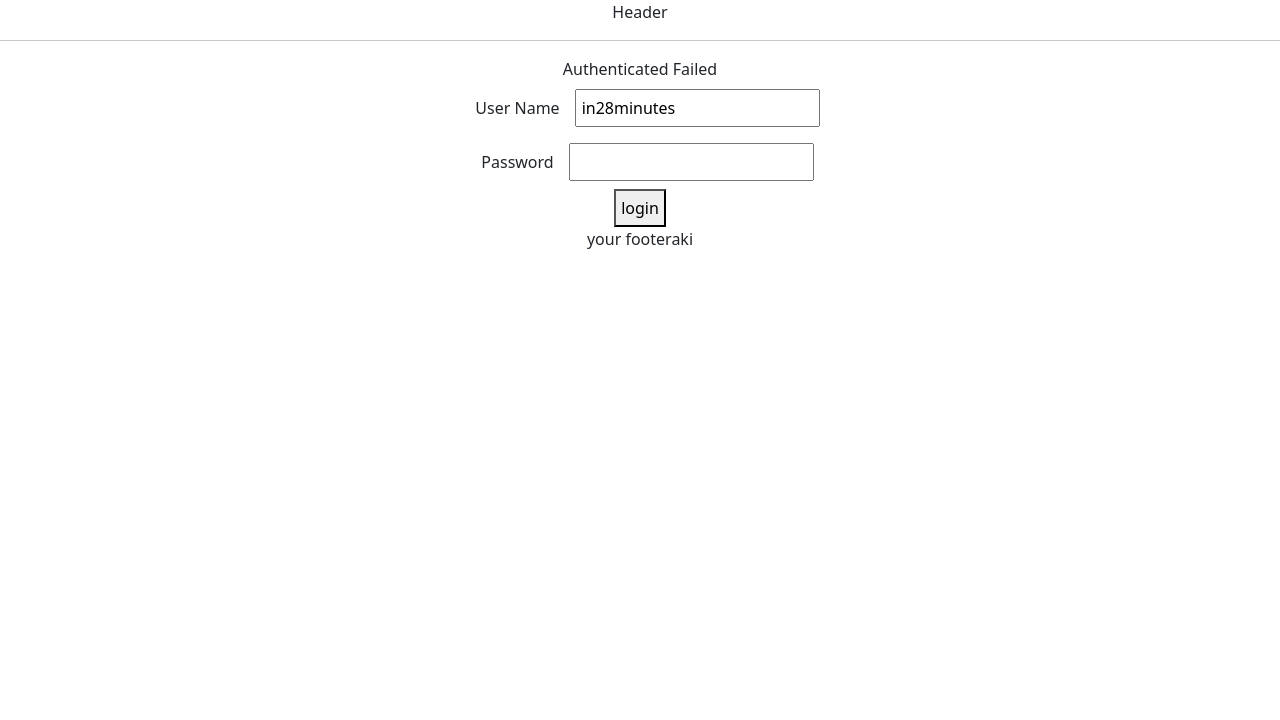
Repository: alexveremis/ReactWithRestAPI
Page: /login
The author's editor kept a copy of each file at every save. The page is drawn from the files as they stood at one save, then again after the next save.
The browser window is 1280 px wide. The pictures show the whole page.
The project was rebuilt for these pictures with package versions that can differ from the ones it lists, and the page was loaded fresh each time.

Above is the page before, as saved 2023-11-28 11:12:27.

After the next save:
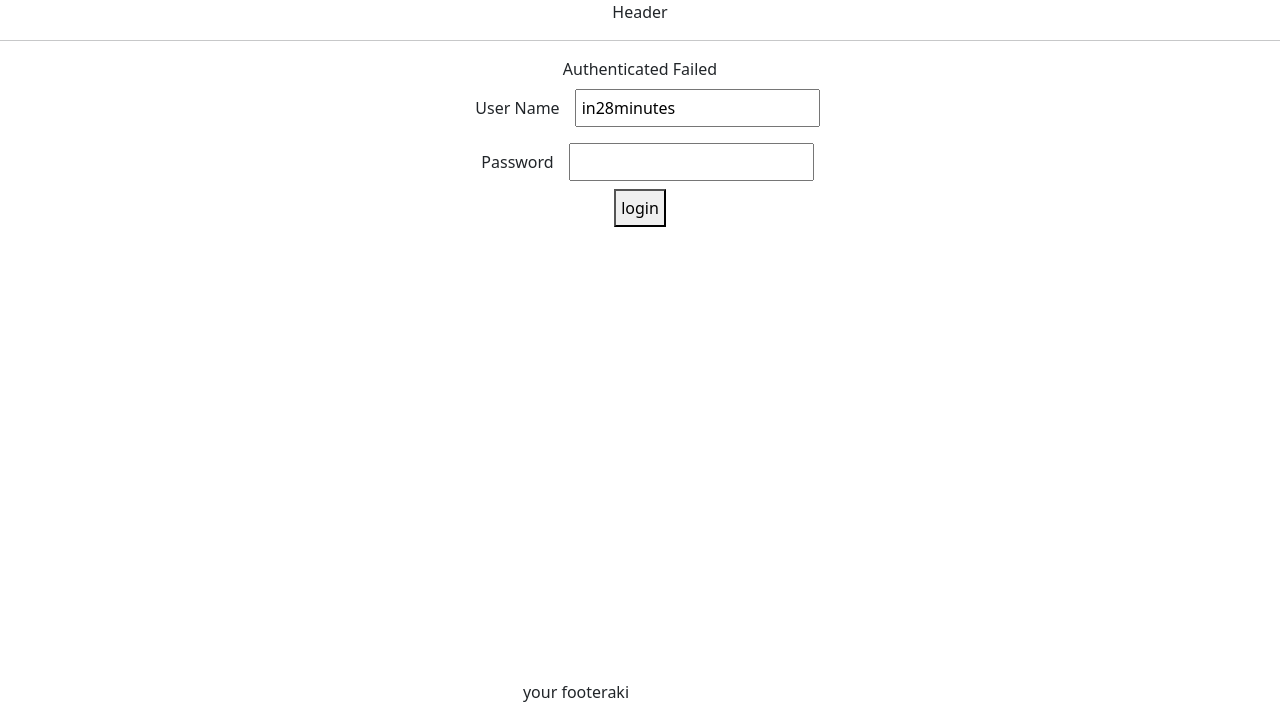
Saved 86 s later.
--- a/src/components/todo/TodoApp.css
+++ b/src/components/todo/TodoApp.css
@@ -2,3 +2,10 @@ label, input, button {
     margin: 10px;
     padding: 5px;
 }
+
+footer {
+  bottom: 0;
+  position: absolute;
+  width: 90%;
+  height: 40px;
+}
